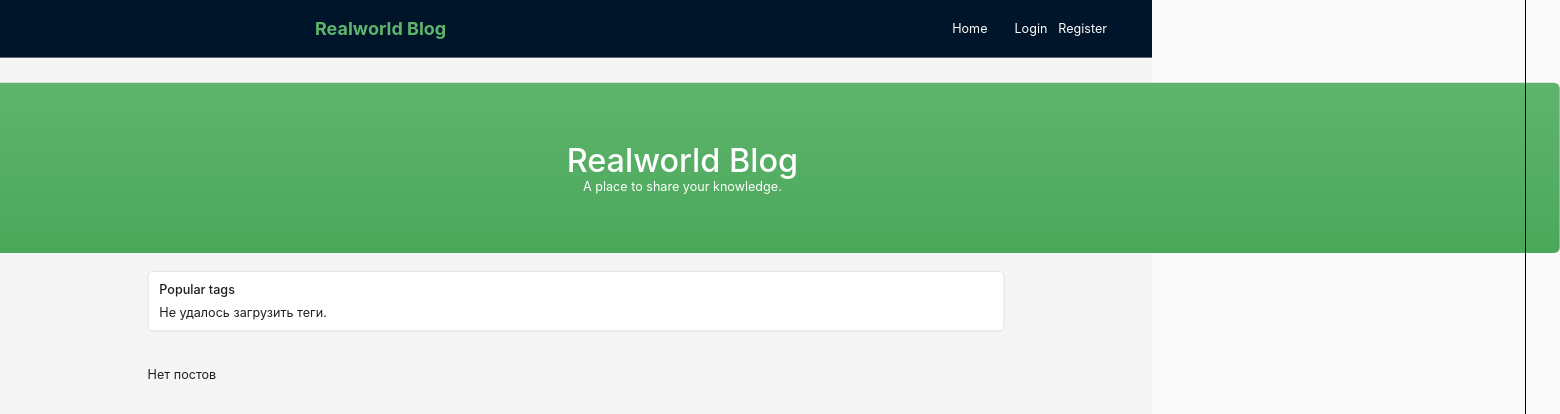
Repository: Rafged/S1mple-blog
Page: / (app in S1mple-blog-main/)
The author's editor kept a copy of each file at every save. The page is drawn from the files as they stood at one save, then again after the next save.
The browser window is 1280 px wide. The page is 1733 px wide, then 1543 px, so the pictures cover 1733 px, including what lies to the right of the window. The pictures show the whole page, at 90% of full size.
The page's requests for data from a server got no answer. The project was rebuilt for these pictures with package versions that can differ from the ones it lists, and the page was loaded fresh each time. No one was signed in, and anything a server would have sent is missing. Also part of the build but not shown: S1mple-blog-main/vite.config.js, S1mple-blog-main/src/pages/Login.jsx, S1mple-blog-main/src/pages/Register.jsx, S1mple-blog-main/src/pages/NewPost.jsx, S1mple-blog-main/src/pages/Settings.jsx, S1mple-blog-main/src/pages/Article.jsx, S1mple-blog-main/src/pages/Profile.css, S1mple-blog-main/src/pages/Profile.jsx.

Above is the page before, as saved 2025-10-06 14:50:48.

### S1mple-blog-main/index.html
<!doctype html>
<html lang="ru">
  <head>
    <meta charset="utf-8" />
    <meta name="viewport" content="width=device-width, initial-scale=1.0" />
    <title>Realworld Vite React</title>
  </head>
  <body>
    <div id="root"></div>
    <script type="module" src="/src/main.jsx"></script>
  </body>
</html>

### S1mple-blog-main/src/main.jsx
import React from 'react'
import { createRoot } from 'react-dom/client'
import { BrowserRouter } from 'react-router-dom'
import App from './App'
import 'antd/dist/reset.css'
import './styles.css'

createRoot(document.getElementById('root')).render(
  <React.StrictMode>
    <BrowserRouter>
      <App/>
    </BrowserRouter>
  </React.StrictMode>
)

### S1mple-blog-main/src/App.jsx
import React, { useEffect, useState } from 'react'
import { Routes, Route, Link, useNavigate } from 'react-router-dom'
import { Layout, Button } from 'antd'
import Home from './pages/Home'
import Login from './pages/Login'
import Register from './pages/Register'
import NewPost from './pages/NewPost'
import Settings from './pages/Settings'
import Article from './pages/Article'
import Profile from './pages/Profile'

const { Header, Content } = Layout

function getUsername(){ return localStorage.getItem('username') || null }

export default function App(){
  const [auth, setAuth] = useState(!!localStorage.getItem('token'))
  const navigate = useNavigate()

  useEffect(()=> {
    function onStorage(){ setAuth(!!localStorage.getItem('token')) }
    window.addEventListener('storage', onStorage)
    return ()=> window.removeEventListener('storage', onStorage)
  },[])

  function doLogout(){
    try{
      localStorage.removeItem('token'); localStorage.removeItem('username'); localStorage.removeItem('user');
    }catch(e){}
    setAuth(false);
    navigate('/');
    window.location.reload();
  }

  return (
    <Layout style={{minHeight:'100vh'}}>
      <Header style={{display:'flex', alignItems:'center', justifyContent:'space-between'}}>
        <div style={{color:'#5fb46d', fontWeight:700, fontSize: '20px', marginLeft: 300}}>Realworld Blog</div>
        <div>
          <Link to="/" style={{marginRight:30, color:'#fff'}}>Home</Link>
          {auth && <Link to="/new" style={{marginRight:25, color:'#fff'}}>New post</Link>}
          {auth && <Link to="/settings" style={{marginRight:20, color:'#fff'}}>Settings</Link>}
          {auth ? (
            <>
              <Link to={ getUsername() ? ('/profile/' + getUsername()) : '/profile' } style={{marginRight:25, color:'#fff'}}>
                Hi, {getUsername() || 'Unknown'}
              </Link>
              <Button onClick={doLogout}>Log out</Button>
            </>
          ) : (
            <>
              <Link to="/login" style={{marginRight:12, color:'#fff'}}>Login</Link>
              <Link to="/register" style={{color:'#fff'}}>Register</Link>
            </>
          )}
        </div>
      </Header>
      <Content style={{padding:24}}>
        <div style={{maxWidth:960, margin:'0 auto'}}>
          <Routes>
            <Route path="/" element={<Home/>}/>
            <Route path="/login" element={<Login onAuth={() => setAuth(true)}/>}/>
            <Route path="/register" element={<Register onAuth={() => setAuth(true)}/>}/>
            <Route path="/new" element={<NewPost/>}/>
            <Route path="/settings" element={<Settings/>}/>
            <Route path="/article/:slug" element={<Article/>}/>
            <Route path="/profile" element={<Profile/>}/>
            <Route path="/profile/:username" element={<Profile/>}/>
          </Routes>
        </div>
      </Content>
    </Layout>
  )
}

### S1mple-blog-main/src/styles.css
:root{ --green: #55b36b }
body{ font-family: Inter, "Open Sans", Arial, sans-serif; margin:0; background:#fafafa; color:#222 }
.container{ max-width:1600px; margin:0 auto; padding:4px }
.brand{ color:var(--green); font-weight:700; font-size:20px; margin-right:12px }
.banner{ background:linear-gradient(180deg,#5fb46d,#4aa85a); color:#fff; padding:66px; border-radius:6px; margin-bottom:20px; width: 1950px; margin-left: -40%;}
.meta{ color:#777; margin-top:6px }


/* Cards and Popular Tags box */
.popular-box{
  border:1px solid #e0e0e0;
  border-radius:6px;
  padding:12px;
  background:#fff;
  box-shadow: 0 1px 0 rgba(0,0,0,0.02);
  margin-bottom:20px;
}
.tag-btn{
  padding:6px 10px;
  border-radius:16px;
  border:1px solid #ddd;
  background:#fff;
  cursor:pointer;
  font-size:13px;
}
.article-card{
  border:1px solid #e0e0e0;
  border-radius:6px;
  padding:16px;
  background:#fff;
  margin-bottom:18px;
  margin-left: 1px;
  width: 950px;
  box-shadow: 0 1px 0 rgba(0,0,0,0.02);
}
.article-meta{ color:#7a7a7a; margin-bottom:6px; font-size:14px }
.favorite-badge{
  border:1px solid #5cb85c;
  padding:6px 10px;
  border-radius:8px;
  background:#fff;
  cursor:pointer;
  font-weight:600;
  display:inline-flex;
  align-items:center;
  gap:8px;
}

### S1mple-blog-main/src/pages/Home.jsx
import React, { useEffect, useState } from 'react'
import { getArticles, favoriteArticle, unfavoriteArticle } from '../api'
import { Link } from 'react-router-dom'
import PopularTags from '../components/PopularTags'
import Pagination from '../components/Pagination'

export default function Home(){
  const [articles, setArticles] = useState([])
  const [currentPage, setCurrentPage] = useState(1)
  const [totalPages, setTotalPages] = useState(1)
  const limit = 3

  useEffect(()=> {
    load(currentPage)
  },[currentPage])

  async function load(page = 1){
    try{
      const offset = (page-1)*limit
      const res = await getArticles(`?limit=${limit}&offset=${offset}`)
      setArticles(res.articles || [])
      const count = res.articlesCount || (res.articles ? res.articles.length : 0)
      setTotalPages(Math.max(1, Math.ceil(count / limit)))
    }catch(e){
      console.error(e)
    }
  }

  async function toggleFav(a){
    if(!localStorage.getItem('token')){ alert('Войдите чтобы оценивать'); return; }
    try{
      if(a.favorited) await unfavoriteArticle(a.slug)
      else await favoriteArticle(a.slug)
      await load(currentPage)
    }catch(e){ console.error(e); alert('Ошибка') }
  }

  return (
    <div className="container">
      <div className="banner" style={{textAlign:'center'}}>
        <h1 style={{margin:0, fontSize:36}}>Realworld Blog</h1>
        <p style={{margin:0}}>A place to share your knowledge.</p>
      </div>

      {/* Popular tags at center top */}
      <div style={{display:'flex', justifyContent:'center', marginBottom:20}}>
        <div style={{maxWidth:1200, width:'100%'}}>
          <PopularTags />
        </div>
      </div>

      <div>
        {articles.length === 0 ? <div>Нет постов</div> : articles.map(a => (
          <div key={a.slug} className="article-card">
            <div style={{display:'flex', justifyContent:'space-between', alignItems:'flex-start'}}>
              <div>
                <div className="article-meta"><Link to={`/profile`}>{a.author?.username}</Link> · {new Date(a.createdAt).toLocaleDateString()}</div>
                <Link to={`/article/${a.slug}`} style={{textDecoration:'none'}}>
                  <h2 style={{margin:'8px 0', color:'#222'}}>{a.title}</h2>
                </Link>
                <p style={{color:'#555'}}>{a.description || (a.body && a.body.slice(0,200)+'...')}</p>
                <div style={{marginTop:8}}>
                  {a.tagList && a.tagList.map(t => <span key={t} className="tag-btn">{t}</span>)}
                </div>
              </div>
              <div>
                <button className="favorite-badge" onClick={()=>toggleFav(a)} title="Favorite">
                  ❤️ <span style={{marginLeft:6}}>{a.favoritesCount||0}</span>
                </button>
              </div>
            </div>
          </div>
        ))}
        <Pagination currentPage={currentPage} totalPages={totalPages} onPageChange={(p)=>setCurrentPage(p)} />
      </div>
    </div>
  )
}

### S1mple-blog-main/src/api.js
const API = '/api'

function getToken(){
  return localStorage.getItem('token')
}

function authHeaders(){
  const t = getToken()
  return t ? { 'Authorization': 'Token ' + t } : {}
}

async function request(path, opts = {}){
  const headers = { 'Content-Type': 'application/json', ...(opts.headers||{}), ...authHeaders() }
  const res = await fetch(API + path, {...opts, headers})
  const text = await res.text()
  let body = null
  try { body = text ? JSON.parse(text) : {} } catch(e){ body = {raw: text} }
  if(!res.ok) throw { status: res.status, body }
  return body
}

export async function getArticles(query=''){
  return request('/articles' + (query||''))
}

export async function getArticle(slug){
  return request('/articles/' + slug)
}

export async function favoriteArticle(slug){
  return request('/articles/' + slug + '/favorite', { method: 'POST' })
}
export async function unfavoriteArticle(slug){
  return request('/articles/' + slug + '/favorite', { method: 'DELETE' })
}

export async function getTags(){ return request('/tags') }

export async function login(email, password){ return request('/users/login', { method:'POST', body: JSON.stringify({user:{email, password}}) }) }
export async function register(username,email,password){ return request('/users', { method:'POST', body: JSON.stringify({user:{username,email,password}}) }) }
export async function getCurrentUser(){ return request('/user') }
export async function updateUser(payload){ return request('/user', { method:'PUT', body: JSON.stringify({user: payload}) }) }

export async function createArticle(article){ return request('/articles', { method:'POST', body: JSON.stringify({article}) }) }
export async function getArticlesByAuthor(author){ return request('/articles?author=' + encodeURIComponent(author)) }

### S1mple-blog-main/src/components/PopularTags.jsx
import React, { useEffect, useState } from "react";
import { getTags } from "../api";

const PopularTags = () => {
  const [tags, setTags] = useState([]);
  const [error, setError] = useState(null);

  useEffect(() => {
    const fetchTags = async () => {
      try {
        const res = await getTags();
        if (res && res.tags) setTags(res.tags);
      } catch (e) {
        setError(true);
        console.warn("Failed to load tags", e);
      }
    };
    fetchTags();
  }, []);

  return (
    <div className="popular-box">
      <h4 style={{ margin: "0 0 8px 0" }}>Popular tags</h4>
      {error ? (
        <div>Не удалось загрузить теги.</div>
      ) : (
        <div style={{ display: "flex", gap: 8, flexWrap: "wrap" }}>
          {tags.length === 0 ? <span>Нет тегов</span> : tags.map((t) => (
            <button key={t} className="tag-btn">{t}</button>
          ))}
        </div>
      )}
    </div>
  );
};

export default PopularTags;

### S1mple-blog-main/src/components/Pagination.jsx
import React from "react";

const Pagination = ({ articlesCount, limit, currentPage, onPageChange }) => {
  const pages = Math.ceil(articlesCount / limit);

  return (
    <ul className="pagination">
      {Array.from({ length: pages }, (_, i) => (
        <li
          key={i}
          className={`page-item ${currentPage === i + 1 ? "active" : ""}`}
          onClick={() => onPageChange(i + 1)}
        >
          <span className="page-link">{i + 1}</span>
        </li>
      ))}
    </ul>
  );
};

export default Pagination;

After the next save:
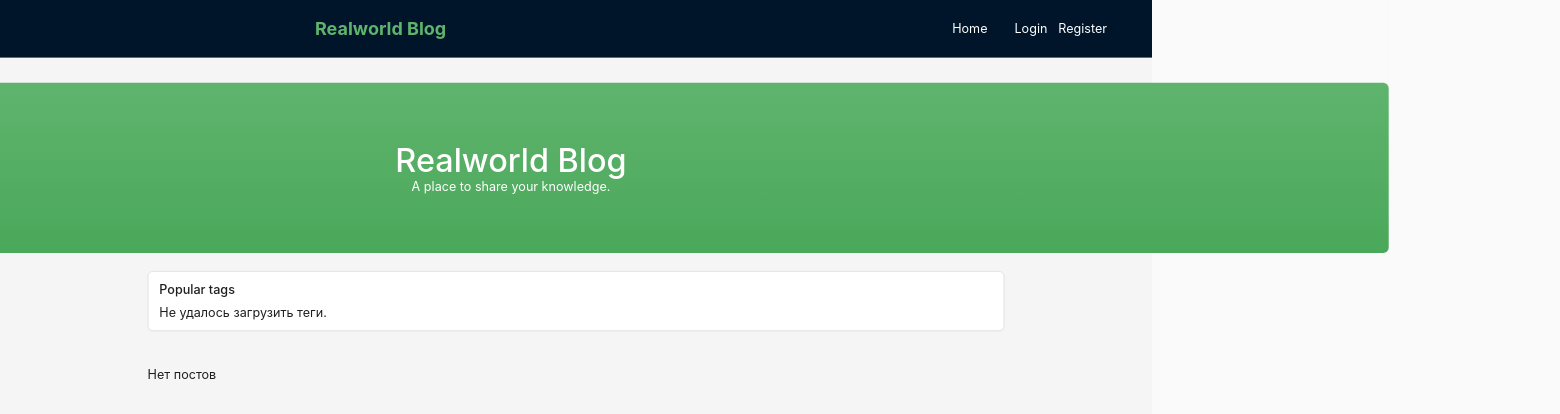
Saved 4 s later.
--- a/S1mple-blog-main/src/styles.css
+++ b/S1mple-blog-main/src/styles.css
@@ -2,7 +2,7 @@
 body{ font-family: Inter, "Open Sans", Arial, sans-serif; margin:0; background:#fafafa; color:#222 }
 .container{ max-width:1600px; margin:0 auto; padding:4px }
 .brand{ color:var(--green); font-weight:700; font-size:20px; margin-right:12px }
-.banner{ background:linear-gradient(180deg,#5fb46d,#4aa85a); color:#fff; padding:66px; border-radius:6px; margin-bottom:20px; width: 1950px; margin-left: -40%;}
+.banner{ background:linear-gradient(180deg,#5fb46d,#4aa85a); color:#fff; padding:66px; border-radius:6px; margin-bottom:20px; width: 1950px; margin-left: -60%;}
 .meta{ color:#777; margin-top:6px }
 
 
